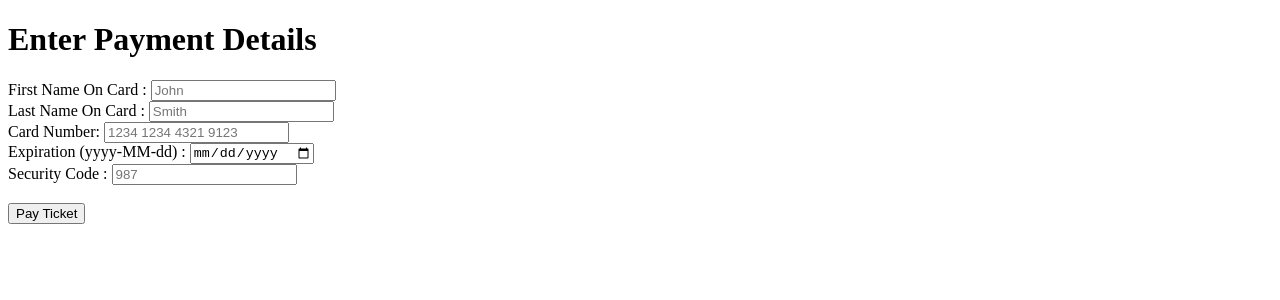
Repository: tuskhillare/FlyAway-1.0-
Page: http://localhost/FlyAway/Payment.jsp
These files come from the project's save history. The page is drawn as it stood at one moment and after the next save; the edit follows.
The browser window is 1280 px wide. The pictures show the whole page.
The page is served by Tomcat 9.

Above is the page before, as saved 2021-09-29 11:56:12.

After the next save:
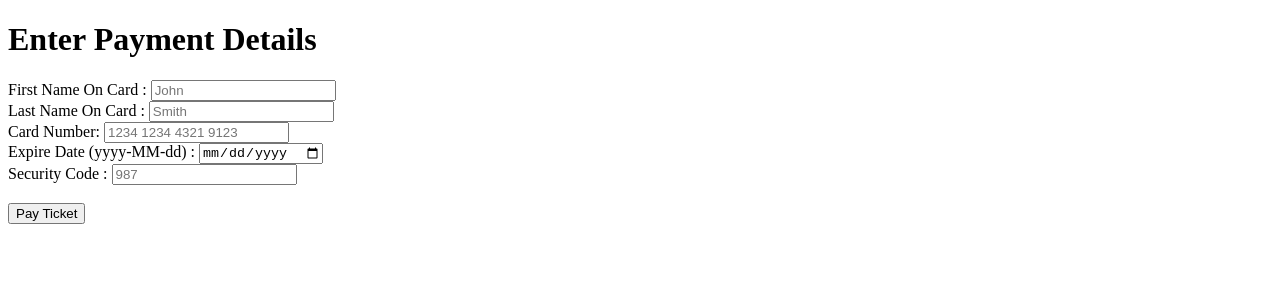
Saved 22 min 30 s later.
--- a/Source Code/FlyAway/src/main/webapp/Payment.jsp
+++ b/Source Code/FlyAway/src/main/webapp/Payment.jsp
@@ -10,7 +10,7 @@
 		First Name On Card : <input type="text" name="firstname" placeholder="John" required> <br/>
 		Last Name On Card : <input type="text" name="lastname" placeholder="Smith" required> <br/>
 		Card Number: <input type="text" name="cardnumber" placeholder="1234 1234 4321 9123" required> <br/>
-		Expiration (yyyy-MM-dd) : <input type="date" name="expiration" placeholder="2027-10-31"  required> <br/>
+		Expire Date (yyyy-MM-dd) : <input type="date" name="expiration" placeholder="2027-10-31"  required> <br/>
 		Security Code : <input type="number" name="securitycode" placeholder="987" required> <br/>
 		<br/>
 		<input type="submit" value="Pay Ticket">
